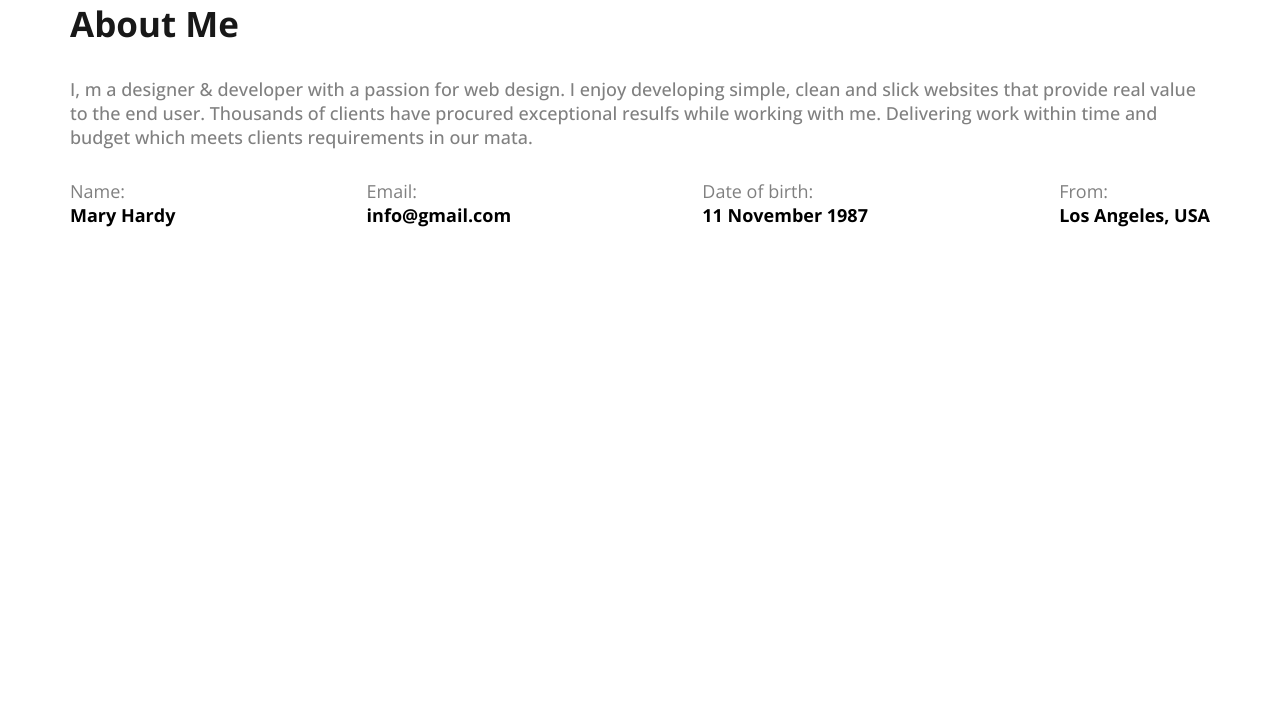
Repository: nahid-hasann/website-1
Page: index.html
These files come from the project's save history. The page is drawn as it stood at one moment and after the next save; the edit follows.
The browser window is 1280 px wide. The pictures show the whole page.

Above is the page before, as saved 2025-07-16 11:55:30.

### index.html
<!DOCTYPE html>
<html lang="en">
<head>
    <meta charset="UTF-8">
    <meta name="viewport" content="width=device-width, initial-scale=1.0">
    <title>Document</title>
    <link rel="preconnect" href="https://fonts.googleapis.com">
<link rel="preconnect" href="https://fonts.gstatic.com" crossorigin>
<link href="https://fonts.googleapis.com/css2?family=Open+Sans:ital,wght@0,300..800;1,300..800&display=swap" rel="stylesheet">
<link rel="stylesheet" href="style.css">
<link rel="stylesheet" href="https://cdnjs.cloudflare.com/ajax/libs/font-awesome/6.7.2/css/all.min.css" integrity="sha512-Evv84Mr4kqVGRNSgIGL/F/aIDqQb7xQ2vcrdIwxfjThSH8CSR7PBEakCr51Ck+w+/U6swU2Im1vVX0SVk9ABhg==" crossorigin="anonymous" referrerpolicy="no-referrer" />
<link rel="shortcut icon" href="images/icons/icons8-portfolio-50.png" type="image/x-icon">
</head>
<body class="open-sans-nahid">

<header class="main-header hide">
    <nav class="header">
          <div>
            <h3 class="nav-title">Ma<span style="color: #fd6e09;">r</span>y</h3>
          </div>
          <div class="menu">
            <ul>
            <li><a href="" class="dark-2" >Portfolio</a></li>
            <li><a  class="dark-2" href="">Blog</a></li>
            <li><button class="hire-me">Hire Me</button></li>
          </ul>
          </div>
    </nav>

    <div class="banner">

      <div class="banner-container">
        <h4 style="font-size: 45px; font-weight: 400;" class="dark-2">Hi, I  am</h4>
        <h1 style="font-size: 85px;">Mary Hardy</h1>
        <br>
        <p class="banner-description dark-2">
          Shot what able cold new see hold.Friendly as an betrayed formerly he. Morning because as to society behaved moments.
        </p>
        <br>
        <br>
        <button class="hire-me" style="margin-right: 20px;"><i class="fa-solid fa-download" style="margin-right: 5px;"></i>Download Cv</button>
        <button class="btn-2"><i class="fa-solid fa-phone" style="margin-right: 5px;"></i>Contact</button>
      </div>
      <img class="banner-img" src="images/hardy.png" alt="">

    </div>

</header>

<main >

  <section class="">
      <h3 class="section-title">About Me</h3>
      <p style="font-size: 18px; color: grey; margin-top: 30px;">I, m a designer & developer with a passion for web design. I enjoy developing simple, clean and slick websites that provide real value to the end user. Thousands of clients have procured exceptional resulfs while working with me. Delivering work within time and budget which meets clients requirements in our mata.</p>

      <div class="about-items">

    <div class="about-item">
      <p class="item-title ektubeshi">Name:</p>
      <p class="item-description">Mary Hardy</p>
    </div>
    <div class="about-item">
      <p class="item-title">Email:</p>
      <p class="item-description">info@gmail.com</p>
    </div>
    <div class="about-item">
      <p class="item-title">Date of birth:</p>
      <p class="item-description">11 November 1987</p>
    </div>
    <div class="about-item">
      <p class="item-title">From:</p>
      <p class="item-description">Los Angeles, USA</p>
    </div>

  </div>

  </section>

  <section class="skiill hide">
            <h3 class="section-title">What I do</h3>
            <p class="section-des">I have more than 10 years experience building software for clients all over the world. Below is a quick overview of my main technical skill sets and technologies i use. Want to find out more about my experience? Check out my online resume and project portfolio.</p>

         <div class="skills-container">

          <div class="skkis-veriation">
            <img src="images/icons/js.png" alt="" class="skiils-img">
            <p class="skills-heading">Vanilla JavaScript</p>
            <p class="skiils-description"> List skill/technologies here. You can change the icon above to any of the 1500+ FontAwesome 5 free icons available. Aenean commodo ligula eget dolor.</p>
          </div>
          <div class="skkis-veriation">
            <img src="images/icons/react.png" alt="" class="skiils-img">
            <p class="skills-heading">React</p>
            <p class="skiils-description">List skill/technologies here. You can change the icon above to any of the 1500+ FontAwesome 5 free icons available. Aenean commodo ligula eget dolor.</p>
          </div>
          <div class="skkis-veriation">
            <img src="images/icons/nodejs.png" alt="" class="skiils-img">
            <p class="skills-heading">Node.js</p>
            <p class="skiils-description">List skill/technologies here. You can change the icon above to any of the 1500+ FontAwesome 5 free icons available. Aenean commodo ligula eget dolor.</p>
          </div>
          <div class="skkis-veriation">
            <img src="images/icons/mongo.png" alt="" class="skiils-img">
            <p class="skills-heading">MongoDB</p>
            <p class="skiils-description">List skill/technologies here. You can change the icon above to any of the 1500+ FontAwesome 5 free icons available. Aenean commodo ligula eget dolor.</p>
          </div>

         </div>

  </section>

  <section class="hide">

<div class="container-m">
    <h2>A Summary of My Resume</h2>
    <div class="grid">
      <div class="section-m">
        <h3>My Education</h3>
        <div class="item-m">
          <h4>Master in Computer Engineering</h4>
          <span>Harvard University / 2015 - 2017</span>
          <p>Specialized in advanced algorithms and software engineering principle.</p>
        </div>
        <hr>
        <br>
        <div class="item-m">
          <h4>Bachelor in Computer Science</h4>
          <span>MIT / 2011 - 2015</span>
          <p>Focused on data structures, programming, and system design.</p>
        </div>
        <hr>
        <br>
        <div class="item-m">
          <h4>Bachelor in Computer Science</h4>
          <span>MIT / 2011 - 2015</span>
          <p>Focused on data structures, programming, and system design.</p>
        </div>

      </div>
      <div class="section-m">
        <h3>My Experience</h3>
        <div class="item-m">
          <h4>Sr. Front End Developer</h4>
          <span>Apple Inc / 2020 - Current</span>
          <p>Developing scalable web apps using React and modern JavaScript.</p>
        </div>
    <hr>
        <br>
        <div class="item-m">
          <h4>Jr. Front End Developer</h4>
          <span>Dribbble Inc / 2018 - 2022</span>
          <p>Worked on UI components and improved user experience for design.</p>
        </div>
        <hr>
    <br>
        <div class="item-m">
          <h4>HTML Developer</h4>
          <span>Adobe Inc / 2017 - 2018</span>
          <p>Built static and dynamic pages ensuring responsive design.</p>
        </div>
      </div>
    </div>
  </div>

  <button class="hire-me" style="margin: 20px auto; display: block;"><i class="fa-solid fa-download" style="margin-right: 5px;"></i>Download Cv</button>

  </section>

</main>

<!-- .about-items*4>p.item-title+p.item-description  -->


<footer class="hide">

     <div class="main-footer">

     <div class="footer-column">
        <h3 class="section-title">Lets Connect</h3>
        <p style="font-size: 18px; color: grey; margin: 20px 0px;">Please fill out the form on this section to contact with me or call between 9:00 A.M and 8.00 P.M ET, Monday through Friday.</p>
        <img src="images/icons/facebook.png" alt="">
        <img style="margin: 0px 20px;" src="images/icons/twitter.png" alt="">
        <img src="images/icons/insta.png" alt="">
     </div>

     <div class="footer-column">

        <h3 class="section-title" style=" margin-bottom: 30px;">Lets Connect</h3>
        <form class="form" action="">
            <input type="text" name="" placeholder="Your Name" id=""> <br>
            <input type="email" name="" placeholder="Yoour Email" id=""> <br>
            <textarea name="" placeholder="Message" id=""></textarea> <br>
            <button class="hire-me" >Submit</button>
        </form>

     </div>

</div>

</footer>


</body>
</html>

### style.css
* {
  margin: 0;
  padding: 0;
  box-sizing: border-box;
}


.open-sans-nahid {
  font-family: "Open Sans", sans-serif;
  font-optical-sizing: auto;
  font-style: normal;
  font-variation-settings: "wdth" 100;
  font-weight: 500;
}

.main-header{
    background-image: url('images/developer.png'), url('images/header_bg.png') ;
    background-repeat: no-repeat;
    background-position: 60px  28px, bottom right ;
    background-color: #fff8f3;
}



.header{
    display: flex;
    justify-content: space-around;
    gap: 250px;
    align-items: center;
    /* background-color: red; */
    padding: 15px 0px;
}

.nav-title{
    font-weight: 800;
    font-size: 45px;
}

.menu ul{
    display: flex;
    gap: 30px;
    align-items: center;
}

.menu ul li{
    list-style: none;

}

.menu ul li a{
    text-decoration: none;
    font-size: 20px;
}

.hire-me{
    background-color: #fd6e09;
    padding: 10px;
    border-radius: 5px;
    color: white;
    border: none;
    font-size: 20px;
}

.btn-2{
    padding: 10px;
    border-radius: 5px;
    color: #fd6e09;
    border: 1px solid  #fd6e09;
    font-size: 20px;
    background-color: #fff8f3;
}

.dark-2{
    color: #474747;
}

.banner-container{
    width: 585px;
}

.banner-description{
    font-size: 18px;
}

.banner-img{
    width: 584px;
    height: 676px;
}

.banner{
    display: flex;
    align-items: center;
    justify-content: space-around;
    margin: 50px 0px 0px 170px;

}

.section{
    background-color: #fff8f3;
    padding: 150px;
    text-align: center;
    border-radius: 10px;
    margin: 130px 0px;
}

.section-title{
    font-size: 35px;
    font-weight: bold;
    color: #181818;
}

main{
    max-width: 1140px;
     margin: 0px auto;
}

.about-items{
    display: flex;
    justify-content: space-between;
}

.item-title{
    font-size: 18px;
    font-weight: 300;
    color: grey;
    margin-top: 30px;
}

.item-description{
    font-size: 18px ;
    font-weight: 700;
}

.skiill{
    text-align: center;
    margin-bottom: 130px;
}

.skills-container{
    display: flex;
    margin-top: 30px;
    gap: 30px;
    text-align: justify;
}

.skkis-veriation{
    background-color: #FFFFFF;
    box-shadow: 0px 6px 50px 0px rgba(0, 0, 0, 0.06);
padding: 30px;
border-radius: 5px;
margin-top: 20px;
}

.section-des{
    font-size: 18px;
    color: grey;
    margin-top: 30px;
     width: 909px;
     margin: 0px auto;
      margin-top: 30px;
}

.skills-heading{
    margin: 15px 0px;
    font-size: 20px ;
    font-weight: 700px;
}

.skiils-description{
     font-size: 16px;
     color: grey;
}

.resume{
    margin-bottom: 130px;
}

.resume-container{
    display: flex;
    gap: 40px;
    margin-top: 50px;
}

.resume h3{
    margin-bottom: 100px;
}

.resume-column h3{
    font-size: 30px ;
    font-weight: 700;
    margin-bottom: 20px;
}

.resume-column-title{
    font-size: 30px;
    font-weight: 700;
}

.experience{
    padding-right: 50px;
}

.experience-title{
        font-size: 25px;
    font-weight: 700;
    margin-bottom: 5px;
}

.experience-subtitle{
    font-size: 20px;
    font-weight: 600;

    color: rgba(117, 117, 117, 1);
}

.experince-description{
    margin-top: 20px;
    margin-bottom: 20px;
    font-size: 16px;
    color: rgba(117, 117, 117, 1);
}


.main-footer{
    margin-top: 130px;
    background-color: rgba(255, 248, 243, 1);
    padding: 50px 100px;
    display: flex;
    justify-content: space-around;
    align-items: center;
}

.footer-column{
    max-width: 40%;
}

.form input{
      display: block;
      padding: 12px 20px;
      width: 441px;
      font-size: 16px;
      border: none;
      border-radius: 5px;
}

.form textarea{
     width: 441px;
     font-size: 16px;
     border: none;
      border-radius: 5px;
      display: block;
      padding: 15px 20px;
      height: 180px;
}


.container-m{
  margin: auto;
  background: #fff;
  padding: 40px;
}

h2 {
  text-align: center;
  margin-bottom: 40px;
  font-size: 28px;
  margin-bottom: 50px;
}

.grid {
  display: grid;
  grid-template-columns: 1fr 1fr;
  gap: 30px;
}

.section-m h3 {
  margin-bottom: 20px;
  color: #ff6600;
  font-size: 20px;
}

.item-m {
  margin-bottom: 25px;
}

.item-m h4 {
  margin: 0 0 5px;
  font-size: 18px;
  color: #222;
}

.item-m span {
  display: block;
  color: #777;
  font-size: 14px;
  margin-bottom: 8px;
}

.item-m p {
  margin: 0;
  font-size: 14px;
  color: #555;
}

.hide{
    display: none;
}

@media screen and (max-width: 575px) {
    .section-title{
        font-size: 30px;
    }

    .section-des{
        font-size: 14px;
        max-width: 400px;
        min-width: 100px;
        padding: 0 10px;
    }

    .skills-container{
        flex-direction: column;
    }

    .skkis-veriation{
        margin: 0 20px;
        display: flex;
        flex-direction: column;
        align-items: center;
        justify-content: center;
        text-align: center;
    }

    .grid{
        grid-template-columns: 1fr;
    }

    .section-m h3{
        text-align: center;
    }

    .item-m{
        display: flex;
        flex-direction: column;
        align-items: center;
        justify-content: center;
    }

    .main-footer{
        flex-direction: column;
        padding: 20px 10px;
        margin-top: 70px;
    }

    .footer-column{
        max-width: 100%;
        text-align: center;
    }

    .form input{
max-width: 100%;
    }

    .form textarea{
        max-width: 100%;
    }

    .hire-me{
        font-size: 10px;
        padding: 10px 20px;
    }

    .section{
        padding: 50px 10px;
        margin: 70px 0;
    }

    .about-items{
        flex-direction: column;
    }

    .item-title{
        margin-top: 20px;
    }

    .ektubeshi{
        margin-top: 50px;
    }
}

After the next save:
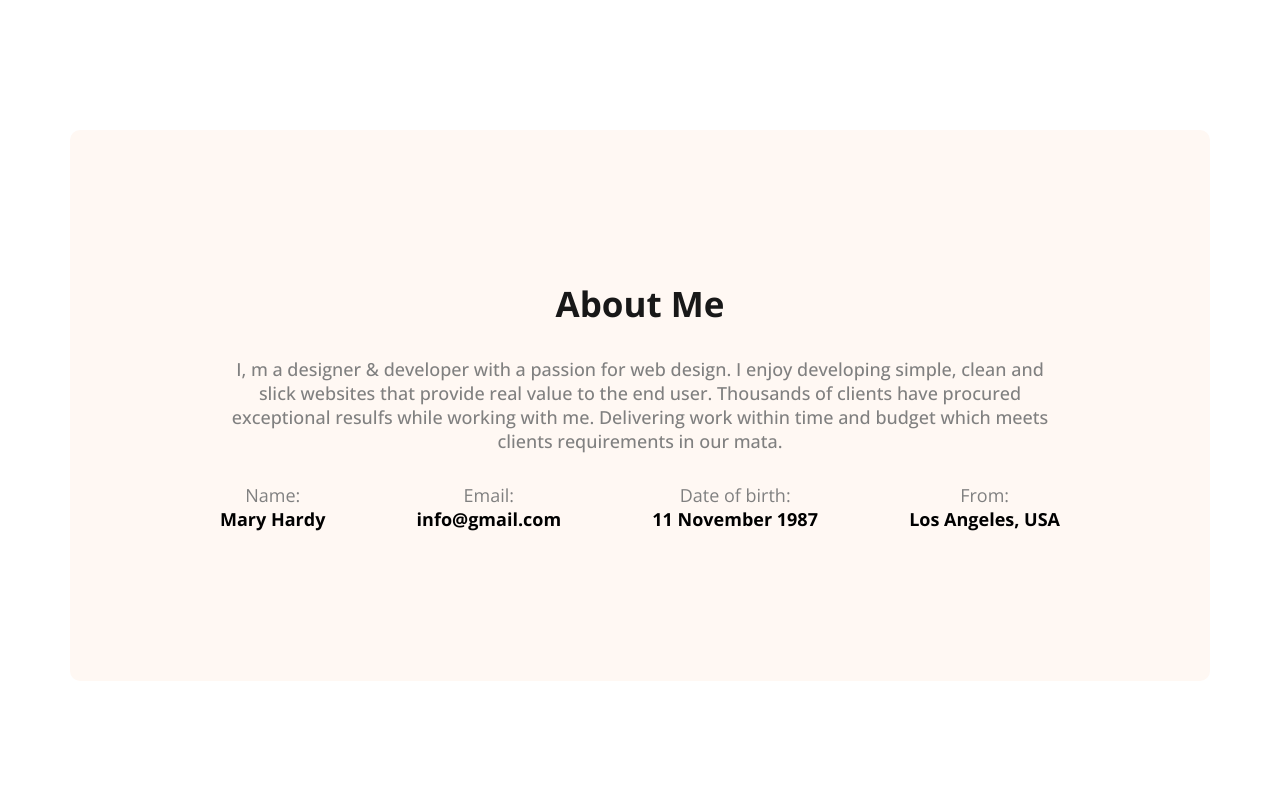
Saved 4 s later.
--- a/index.html
+++ b/index.html
@@ -49,7 +49,7 @@
 
 <main >
 
-  <section class="">
+  <section class="section">
       <h3 class="section-title">About Me</h3>
       <p style="font-size: 18px; color: grey; margin-top: 30px;">I, m a designer & developer with a passion for web design. I enjoy developing simple, clean and slick websites that provide real value to the end user. Thousands of clients have procured exceptional resulfs while working with me. Delivering work within time and budget which meets clients requirements in our mata.</p>
 
